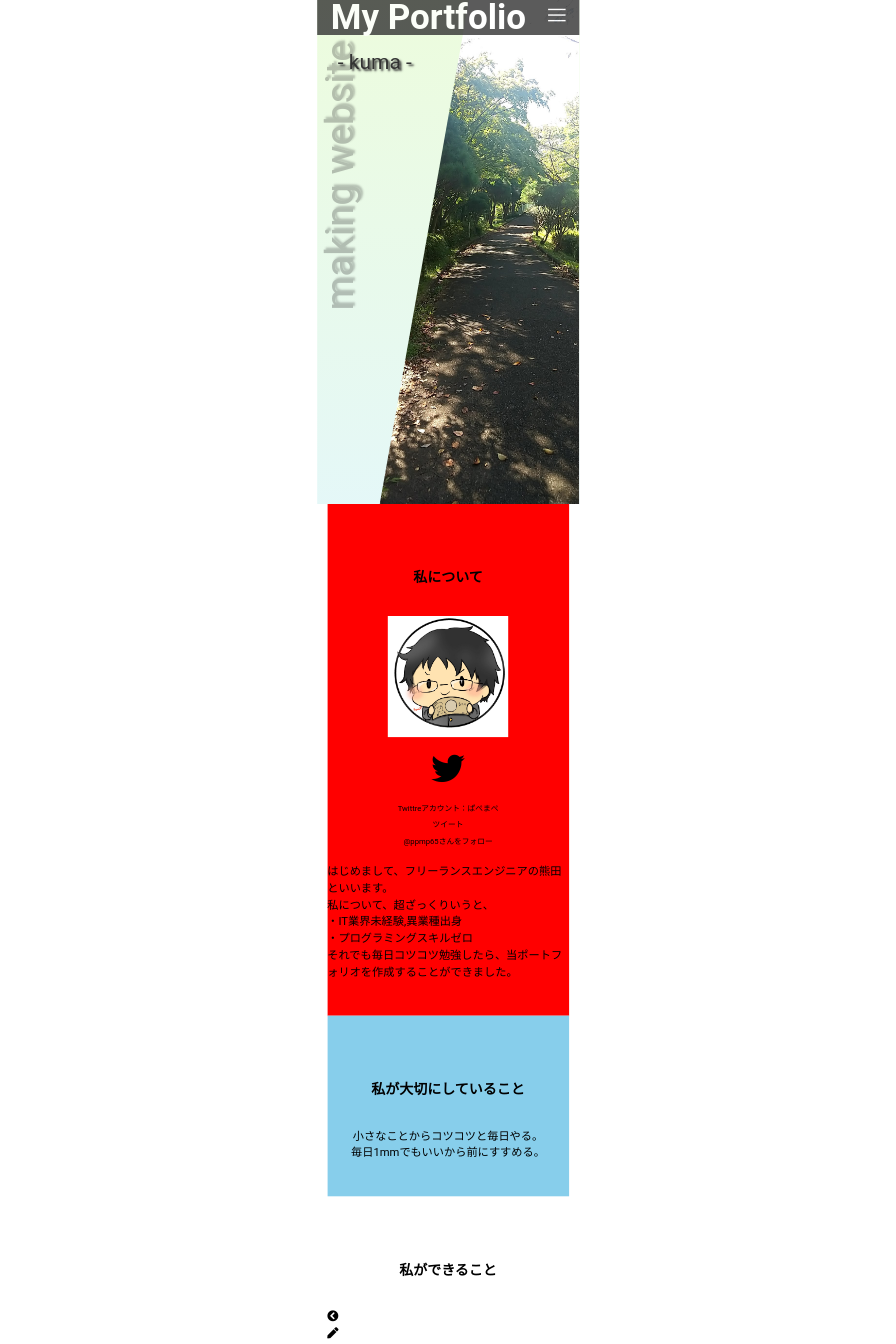
Repository: ppmp556/portfolio6
Page: index copy.html
An editor plug-in stored every save of this project. The page is shown before and after the next save, followed by the edit.
The browser window is 1280 px wide. The pictures show the part of the page from y = 0 to 1920 px (the page is 3189 px tall), at 70% of full size.
Some web libraries are served in a nearby version. The style sheet was rebuilt from its Sass, Less or Tailwind sources for each picture, by a compiler version that may differ from the author's.

Above is the page before, as saved 2020-10-13 17:11:17.
Console error: TypeError: Cannot read properties of null (reading 'addEventListener')

### index copy.html
<!DOCTYPE html>
<html ja>
  <head>
    <meta charset="utf-8" />
    <meta
      name="viewport"
      content="width=device-width, initial-scale=1.0, maximum-scale=1.0, minimum-scale=1.0"
    />
    <title>ポートフォリオ</title>
    <link rel="stylesheet" href="css/faundation.css" />
    <link rel="stylesheet" href="css/main.css" />
    <link
      href="https://use.fontawesome.com/releases/v5.6.1/css/all.css"
      rel="stylesheet"
    />
    <script src="https://ajax.googleapis.com/ajax/libs/jquery/3.4.1/jquery.min.js"></script>
  </head>

  <body>
    <div class="container">

      <div class="kv" id="kv">
        <div class="kv_container">
          <img src="images/道.jpg" alt="" class="kv_img">


          <!-- <img src="/images/3566338_s.jpg" alt="" class="kv_img"> -->
          <!-- <img src="/images/3566338_s.jpg" alt="" class="kv_img"> -->
          <!-- <img src="/images/3566338_s.jpg" alt="" class="kv_img"> -->
          <!-- <img src="/images/3566338_s.jpg" alt="" class="kv_img"> -->

          <div class="kv_wrapper line">
            <p class="kv_animetype">
                <!-- ポートフォリオ<span class="line_type">|</span> -->
            </p><!-- /.kv_animetype -->

          </div><!-- /.kv_wrapper -->
        </div><!-- /.kv_container -->
      </div>
      <!-- /#kv.kv -->

      <header class="header" id="top">
        <div class="header_inner flex">
          <h1 class="header_ttl"><a href="index.html">My Portfolio</a></h1>
          <!-- /.header_ttl -->

          <nav class="nav">
            <!-- ハンバーガーメニュー部分 -->

            <div class="nav_ham" id="nav_toggle">
              <span class="nav_line tg1"></span>
              <span class="nav_line tg2"></span>
              <span class="nav_line tg3"></span>
            </div>
            <!-- ハンバーガーメニューここまで -->

            <ul class="nav_list flex">
              <div class="nav_inner">
                <li class="nav_item">
                  <a href="#Top" class="nav_link">TOP</a>
                </li>
                <!-- /.nav_item -->
                <li class="nav_item">
                  <a href="#about" class="nav_link">Profile</a>
                </li>
                <!-- /.nav_item -->
                <li class="nav_item">
                  <a href="#skill" class="nav_link">Skill</a>
                </li>
                <!-- /.nav_item -->
                <li class="nav_item">
                  <a href="#blog" class="nav_link">Blog</a>
                </li>
                <!-- /.nav_item -->
                <li class="nav_item">
                  <a href="#create" class="nav_link">Create</a>
                </li>
                <!-- /.nav_item -->
              </div><!-- /.nav_inner -->
            </ul>
            <!-- /.nav_list -->
          </nav>
          <!-- /.nav -->
        </div><!-- /.header_inner -->
      </header>
      <!-- /.header -->



      <main class="main_container">
        <div class="inner">

          <section class="about" id="about">
            <h2 class="section_ttl">私について</h2>
            <!-- /.section_ttl -->

            <div class="section_inner">
              <div class="about_left">
                <div class="about_imgbox">
                  <img src="images/アイコン.jpg" alt="" class="about_img">
                  <div class="about_share">
                    <a href="" class="about_share_icon">
                      <i class="fab fa-twitter fa-3x share"></i>
                      <p class="about_sharetxt">Twittreアカウント：ぱぺまぺ</p>
                      <!-- /.about_sharetxt --> </a
                    ><!-- /.about_share_icon -->
                      <br>
                    <a
                      href="https://twitter.com/share"
                      class="twitter_share_button"
                      data-via="webgaku"
                      data-lang="ja"
                      >ツイート</a
                    >
                      <br>
                    <a
                      href="https://twitter.com/ppmp65"
                      class="twitter_follow_button"
                      data-show-count="false"
                      data-lang="ja"
                      >@ppmp65さんをフォロー</a
                    >
                  </div>
                  <!-- /.about_share -->
                </div>
                <!-- /.about_imgbox -->
              </div>
              <!-- /.about_left -->

              <div class="about_right">
                <p class="about_txt">
                  はじめまして、フリーランスエンジニアの熊田といいます。<br />
                  私について、超ざっくりいうと、<br />

                  ・IT業界未経験,異業種出身 <br />
                  ・プログラミングスキルゼロ<br />

                  それでも毎日コツコツ勉強したら、当ポートフォリオを作成することができました。
                </p>
                <!-- /.about_txt -->
              </div>
              <!-- /.about_right -->
            </div>
            <!-- /.section_inner -->
          </section>
          <!-- /#about.about -->

          <section class="policy" id="policy">
            <h2 class="section_ttl">私が大切にしていること</h2>
            <!-- /.section_ttl -->

            <div class="policy_animebox">
              <div class="policy_anime">
                <p class="policy_txt">
                  小さなことからコツコツと毎日やる。<br />
                  毎日1mmでもいいから前にすすめる。
                </p>
                <!-- /.policy_txt -->
              </div>
              <!-- /.policy_anime -->
            </div>
            <!-- /.policy_anime -->
          </section>
          <!-- /#policy.policy -->

          <section class="skill" id="skill">
            <div class="scroll_fade_row">
              <h2 class="section_ttl">私ができること</h2>
              <!-- /.section_ttl -->

              <div class="skill_box">
                <div class="skill_content">
                  <div class="slide_btn prev">
                    <i class="fas fa-chevron-circle-left"></i>
                  </div>
                  <!-- /.slide_btn -->

                  <div class="skill_inner">
                    <div class="skill_inbox slide active">
                      <i class="skillIcon fas fa-pen"></i>
                      <p class="skill_inboxttl">執筆</p>
                      <!-- /.skill_inboxttl -->
                      <p class="skill_txt">
                        文章を考えるのが好きです<br />
                        ブログ執筆で毎日1000～2000文字程度<br />
                        書いています。<br />
                        ブログは毎日1日1記事更新。
                      </p>
                      <!-- /.skill_txt -->
                    </div>
                    <!-- /.skill_inbox -->

                    <div class="skill_inbox slide active">
                      <i class="skillIcon fas fa-code"></i>
                      <p class="skill_inboxttl">コーディング</p>
                      <!-- /.skill_inboxttl -->
                      <p class="skill_txt">
                        独学とプログラミングスクール併用<br />
                        全くの知識ゼロから始めました。<br />
                      </p>
                      <!-- /.skill_txt -->
                    </div>
                    <!-- /.skill_inbox -->

                    <div class="skill_inbox slide active">
                      <i class="skillIcon fas fa-pen"></i>
                      <p class="skill_inboxttl">執筆</p>
                      <!-- /.skill_inboxttl -->
                      <p class="skill_txt">
                        文章を考えるのが好きです<br />
                        ブログ執筆で毎日1000～2000文字程度<br />
                        書いています。<br />
                        ブログは毎日1日1記事更新。
                      </p>
                      <!-- /.skill_txt -->
                    </div>
                    <!-- /.skill_inbox -->

                    <div class="skill_inbox slide active">
                      <i class="skillIcon fas fa-cog"></i>
                      <p class="skill_inboxttl">執筆</p>
                      <!-- /.skill_inboxttl -->
                      <p class="skill_txt">
                        文章を考えるのが好きです<br />
                        ブログ執筆で毎日1000～2000文字程度<br />
                        書いています。<br />
                        ブログは毎日1日1記事更新。
                      </p>
                      <!-- /.skill_txt -->
                    </div>
                    <!-- /.skill_inbox -->
                  </div>
                  <!-- /.skill_inner -->
                </div>
                <!-- /.skill_content -->
              </div>
              <!-- /.skill_box -->
            </div>
            <!-- /.scroll_fade_row -->
          </section>
          <!-- /#skill.skill -->

          <section class="blog" id="blog">
            <div class="scroll_fade_row">
              <h2 class="section_ttl">ブログ</h2>
              <!-- /.section_ttl -->

              <div class="section_inner">
                <h3 class="blog_txt">ぱぺまぺの低年収者のための資産運用計画</h3>
                <!-- /.blog_txt -->

                <div class="blog_imgbox">
                  <a href="https://ppmp556.com"
                    >https://ppmp556.com
                    <img
                      class="blogImg"
                      src="images/invest01.png"
                      alt="ブログ1"
                    />
                  </a>
                </div>
                <!-- /.blog_imgbox -->
                <div class="blog_txtbox">
                  <p class="blog_txt">
                    投資ブログです。<br />
                    資金が少なくてもできる投資や、<br />
                    初心者向けの投資、投資についての考え方や<br />
                    ヒントなどを発信しています。（1日1記事更新）
                  </p>
                  <!-- /.blog_txt -->
                </div>
                <!-- /.blog_txtbox -->
              </div>
              <!-- /.section_inner -->
            </div>
            <!-- /.scroll_fade_row -->
          </section>
          <!-- /#blog.blog -->

          <section class="create" id="create">
            <div class="scroll_fade_row">
              <h2 class="section_ttl">制作物</h2>
              <!-- /.section_ttl -->
              <div class="section_inner">
                <div class="create_imgbox">
                  <p class="create_ttl">ポートフォリオ<br />（このサイト）</p>
                  <!-- /.create_ttl -->

                  <!-- アコーディオンメニュー実装する -->
                </div>
                <!-- /.create_imgbox -->
              </div>
              <!-- /.section_inner -->
            </div>
            <!-- /.scroll_fade_row -->
          </section>
          <!-- /#create.create -->
        </div>
        <!-- /.inner -->
      </main>

      <footer class="footer">
        <ul class="footer_list">
          <li class="footer_nav">
            <a href="" class="footer_link"></a>
          </li>
          <!-- /.footer_nav -->
          <li class="footer_nav">
            <a href="" class="footer_link"></a>
          </li>
          <!-- /.footer_nav -->
          <li class="footer_nav">
            <a href="" class="footer_link"></a>
          </li>
          <!-- /.footer_nav -->
          <li class="footer_nav">
            <a href="" class="footer_link"></a>
          </li>
          <!-- /.footer_nav -->
          <li class="footer_nav">
            <a href="" class="footer_link"></a>
          </li>
          <!-- /.footer_nav -->
        </ul>
        <!-- /.footer_list -->

        <div class="footer_copy">
          <small class="footer_txt">@ copyright</small
          ><!-- /.footer_txt -->
        </div>
        <!-- /.footer_copy -->
      </footer>
      <!-- /.footer -->
    </div>
    <!-- /.container -->

    <!-- <btn id="page-top"><a href="#top">PAGE TOP</a></btn> -->
    <script src="https://code.jquery.com/jquery-3.4.1.js"></script>
    <script src="main.js"></script>
  </body>
</html>

### css/faundation.css
/*
html5doctor.com Reset Stylesheet
v1.6.1
Last Updated: 2010-09-17
Author: Richard Clark - http://richclarkdesign.com
Twitter: @rich_clark
*/

html,
body,
div,
span,
object,
iframe,
h1,
h2,
h3,
h4,
h5,
h6,
p,
blockquote,
pre,
abbr,
address,
cite,
code,
del,
dfn,
em,
img,
ins,
kbd,
q,
samp,
small,
strong,
sub,
sup,
var,
b,
i,
dl,
dt,
dd,
ol,
ul,
li,
fieldset,
form,
label,
legend,
table,
caption,
tbody,
tfoot,
thead,
tr,
th,
td,
article,
aside,
canvas,
details,
figcaption,
figure,
footer,
header,
hgroup,
menu,
nav,
section,
summary,
time,
mark,
audio,
video {
  margin: 0;
  padding: 0;
  border: 0;
  outline: 0;
  font-size: 100%;
  vertical-align: baseline;
  background: transparent;
}

body {
  line-height: 1.5;
}

article,
aside,
details,
figcaption,
figure,
footer,
header,
hgroup,
menu,
nav,
section {
  display: block;
}

nav ul {
  list-style: none;
}

table {
  border-collapse: collapse;
  border-spacing: 0;
}


a {
  color: inherit;
  text-decoration: none;
}


img {
  width: 100%;

  /*画像がはみでるのを防ぐ　max-width*/
  max-width: 100%;
  height: auto;

  vertical-align: bottom;
}

/* h1,h2,h3,h4,h5,h6 { */
/* font-weight: bold; */
/* } */

### css/main.scss
@charset 'utf-8';

/****************************************:

全体のスタイル

*****************************************:*/


$cWhite: #ffffff;
$cOcher: #c1a250;
$cBlack: #333;
$cGray: rgb(139, 137, 137);
$cBgColor: #eaebed;


$widthPc: 1024px;
$widthTab: 764px;
$widthSp: 480px;

@mixin fontsize($cFontSz: 3.6rem) {
    font-size: $cFontSz;
    color: $cWhite;
}





@mixin pc {
    @media screen and (min-width: $widthPc) {
        @content;
    }
}


@mixin tab {
    @media screen and (min-width: $widthTab) and (max-width: $widthPc) {
        @content;
    }
}



html {
    // ルートのフォントサイズ 10pxに設定
    font-size: 62.5%;
}

body {
    // デフォルトのフォントサイズ 16pxと同等のサイズに設定
    font-size: 1.6em;
    font-size: 16px;
    width: 375px;
    margin: 0 auto;
    font-family: "Roboto", sans-serif, "Noto Sans";
}


* {
    box-sizing: border-box;
}


.overall {
    font-family: "Yu Gothic", YuGothic, "Hiragino Kaku Gothic Pro", "YuGothic",
        "Meiryo", verdana, "Osaka", "MS PGothic", Sans-Serif, "Yu Mincho",
        YuMincho, "MS P Mincho", serif;

    background-color: $cBgColor;
}

.container {
    width: 100%;
    margin: 0 auto;
    // color: $cWhite;
    position: relative;
    overflow: hidden;
}



.mock {
    /* モック画像 */
    position: absolute;
    top: 0;
    left: 0;
    right: 0;
    margin: 0 auto;
    width: 375px;
    opacity: 0.3;

    /* 反転 */
    filter: hue-rotate(180deg);

    /* テキストを掴まないように */
    pointer-events: none;

    z-index: 999;
}



.flex {
    display: flex;
    justify-content: space-between;
}

.inner {
    margin: 0 auto;
    padding: 0 15px;
}

.section_ttl {
    display: block;
    text-align: center;
    margin: 40px 0;
    font-size: 2rem;
}

/****************************************:

kv

*****************************************:*/

.kv {
    position: relative;
    // background-color: red;
    background: linear-gradient(rgba(231, 251, 210, 0.762), rgba(202, 240, 240, 0.5));

    &_container {
        height: 100vh;

        clip-path: polygon(58% 0, 100% 0, 100% 100%, 24% 100%);



    }

    &::before {
        content: '- kuma -';

        position: absolute;
        top: 65px;
        left: 30px;
        font-size: 3rem;
        color: $cBlack;
        text-shadow: 3px 3px 3px $cBlack;
    }

    &::after {
        content: 'making website';
        position: absolute;
        top: 210px;
        left: -160px;
        font-size: 5.5rem;
        transform: rotate(-90deg);
        color: $cBlack;
        text-shadow: 3px 3px 3px $cBlack;
        opacity: .3;
    }

    &_ttl {
        color: $cBlack;
        font-size: 5rem;
    }


    &_img {
        width: 100%;
        height: 100vh;
        display: block;

    }

    &_wrapper {
        position: absolute;
        top: 50%;
        left: 50%;
        transform: translate(-50%, -50%);
    }

    &_animetype {
        color: $cWhite;
    }


}


/****************************************:
タイプアニメーション
*****************************************:*/


.line {
    // position: relative;
    top: 50%;
    width: 24em;
    text-align: center;
    margin: 0 auto;
    font-size: 100%;
    white-space: nowrap;
    overflow: hidden;
    animation: type 2.5s steps(80, end);
    animation: typewriter 4s steps(60) 1s 1 normal both,
    /* normal:標準の方向で実行、both:forwardsとbackwardsの両方の規定に従う */
    blinkTextCursor 500ms steps(60) infinite normal;

    &_type {
        font-size: 25px;
        animation: blink 1s infinite;
        /* blink:点滅、infinite:無限に繰り返す */
    }
}



@keyframes type {
    from { width: 0; }
    to   {width: 100%; }
}


@keyframes blink {
    to{opacity: .0;}
}


@keyframes typewriter {
    from { width: 0; }
    to { width: 24em; }
}

@keyframes blinkTextCursor{/*点滅するカーソルのアニメーション*/
    from { border-right-color: $cWhite; }
    to { border-right-color: transparent; }
}


















/****************************************:

header

*****************************************:*/

.header {
    position: absolute;
    top: 0;
    left: 0;
    width: 100%;
    background-color: $cBlack;
    opacity: 0.8;
    padding: 0 20px;
    line-height: 50px;
    color: $cWhite;
    z-index: 99;


    &.clicked {

        background-color: transparent;

        .header_ttl {
            color: $cWhite;
            // transition: .5s;
        }

    }

    &_inner.clicked {
        width: 85%;
        padding: 0 20px;
        margin-left: 35%;
        // background-color: red;
        // background-color:$cBlack;
        transition: .3s;
    }

    &_ttl {
        color: $cWhite;
        font-size: 5rem;
        z-index: 1;

    }
}









/****************************************:

nav

*****************************************:*/

.nav {
    position: relative;

    &::before {
        content: '';
        position: absolute;
        top: 0;
        left: -560px;
        background-color: $cBlack;
        opacity: .5;
        width: 140px;
        height: 100vh;
    }

    &.clicked::before {
                content: '';
                position: absolute;
                top: 0;
                left: -404px;
                background-color: $cBlack;
                opacity: .5;
                width: 140px;
                height: 100vh;
                transition: .8s;
    }



    &_list {
        position: absolute;
        right: -1000px;
        // right: -5vw;
        display: flex;
        flex-direction: column;

        &.clicked {
            right: -5vw;
            transition: .6s;
        }


    }

    &_inner {
        background-color: $cBlack;
        // background-color: red;
        // height: 88.9vh;
        height: 100vh;
        width: 60.1vw;
        // margin-top: 17%;

    }

    // ハンバーガーメニュー
    &_ham {
        cursor: pointer;
        position: absolute;
        top: 50%;
        right: 0;
        transform: translateY(-50%);
        // background-color: #ffffff;
        width: 25px;
        height: 25px;
        z-index: 100;

        &.clicked {
            right: 40px;
        }
    }

    &_line {
        position: absolute;
        width: 100%;
        height: 2px;
        background-color: $cWhite;

        &:nth-child(1) {
            top: 0px;
            // left: -5px;

        }

        &:nth-child(2) {
            top: 8px;
            // left: 5px;
        }

        &:nth-child(3) {
            top: 16px;
            /* left: -5px; */
        }

        &.clicked:nth-child(1) {
            transform: translateY(12px) rotate(-315deg);
            transition: .5s;

        }
        &.clicked:nth-child(2) {
            left: 0;
            transition: .9s;
            opacity: 0;

        }
        &.clicked:nth-child(3) {
            transform: translateY(-4px) rotate(315deg);
            transition: .5s;

        }




    }

    &_item {
        text-align: center;
    }


}




/****************************************:

about

*****************************************:*/

.about {
    padding: 50px 0;
    background-color: red;

    &_imgbox {
        width: 50%;
        margin: 0 auto;
    }

    &_img {
        display: block;
        width: 100%;
        height: 100%;
    }

    &_share {
        text-align: center;

        &_icon {
            width: 100%;
        }
    }
    &_sharetxt {
        display: inline-block;
        font-size: 1.1rem;
    }

    &_left {
        margin: 20px 0;
    }
}

.share {
    padding: 20px 0;

    &:hover {
        margin-bottom: 5px;
    }
}

.twitter {

    &_share_button {
        font-size: 1.1rem;
    }

    &_follow_button {
        font-size: 1.1rem;
    }
}

.fa-twitter {
    font-size: 2rem;
}

/****************************************:

policy

*****************************************:*/

.policy {
    padding: 50px 0;
    background-color: skyblue;
    margin: 0 auto;

    &_txt {
        text-align: center;

    }
}









/****************************************:

skill

*****************************************:*/


.skill {
    padding: 50px 0;
}

Loaded but not shown: main.js (198 lines, source omitted)

After the next save:
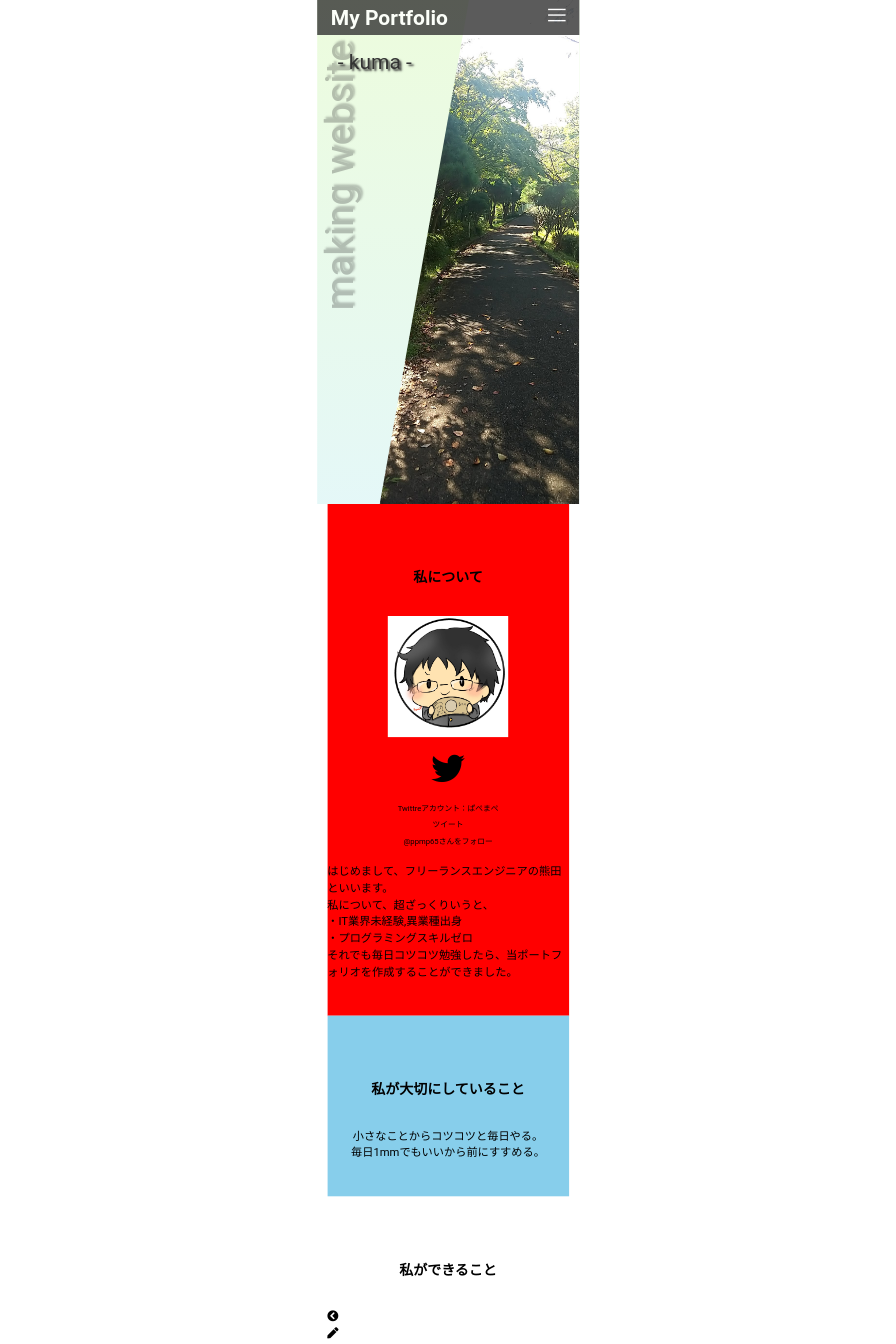
Saved 66 s later.
--- a/css/main.scss
+++ b/css/main.scss
@@ -281,6 +281,7 @@ header
         .header_ttl {
             color: $cWhite;
             // transition: .5s;
+            font-size: 3rem;
         }
 
     }
@@ -296,7 +297,7 @@ header
 
     &_ttl {
         color: $cWhite;
-        font-size: 5rem;
+        font-size: 3rem;
         z-index: 1;
 
     }
